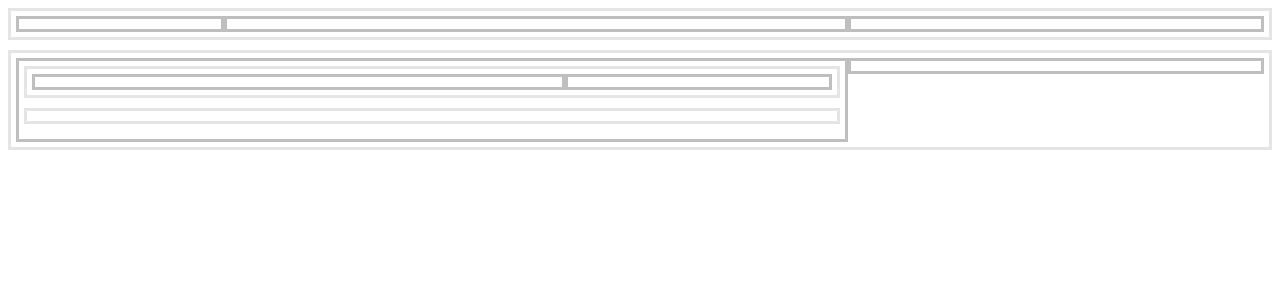
Repository: 0xbul1/biao-class-3
Page: practice/012-float-grid/zhihu.html
The author's editor kept a copy of each file at every save. The page is drawn from the files as they stood at one save, then again after the next save.
The browser window is 1280 px wide. The pictures show the whole page.

Above is the page before, as saved 2018-10-04 14:14:08.

After the next save:
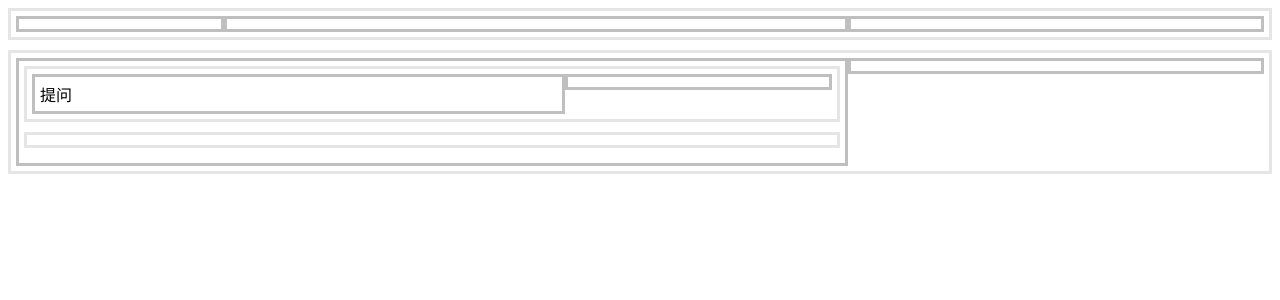
Saved 19 s later.
--- a/practice/012-float-grid/zhihu.html
+++ b/practice/012-float-grid/zhihu.html
@@ -75,7 +75,7 @@
 <div class="row">
     <div class="col-8 content">
         <div class="row tool">
-            <div class="col-8"></div>
+            <div class="col-8">提问</div>
             <div class="col-4"></div>
         </div>
         <div class="row"></div>
